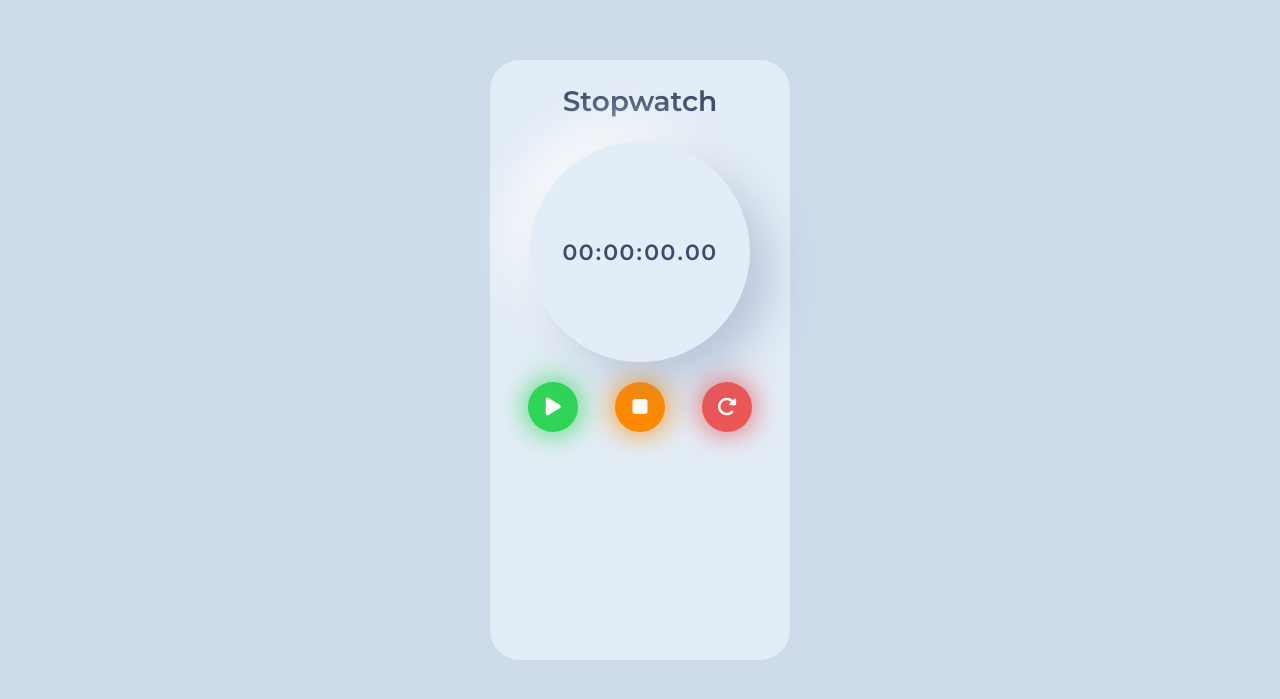
Repository: dinhtri123/stopwatch
Page: index.html
An editor plug-in stored every save of this project. The page is shown before and after the next save, followed by the edit.
The browser window is 1280 px wide. The pictures show the whole page.

Above is the page before, as saved 2023-01-05 15:47:11.

### index.html
<!DOCTYPE html>
<html lang="en">
  <head>
    <meta charset="UTF-8" />
    <meta http-equiv="X-UA-Compatible" content="IE=edge" />
    <meta name="viewport" content="width=device-width, initial-scale=1.0" />
    <link
      rel="stylesheet"
      href="https://cdnjs.cloudflare.com/ajax/libs/font-awesome/6.2.1/css/all.min.css"
    />
    <title>Stop Watch</title>
    <link rel="stylesheet" href="style.css" />
  </head>
  <body>
    <div class="wrapper">
      <h3>Stopwatch</h3>
      <div class="timer">
        <div class="effects"></div>
        <p class="hours">00</p>
        <span>:</span>
        <p class="minutes">00</p>
        <span>:</span>
        <p class="seconds">00</p>
        <span>.</span>
        <p class="milis">00</p>
      </div>
      <div class="btn">
        <button class="btn-start">
          <i class="fa-solid fa-play start"></i>
        </button>
        <button class="btn-stop" disabled>
          <i class="fa-solid fa-stop stop"></i>
        </button>
        <button class="btn-reset">
          <i class="fa-solid fa-rotate-right reset"></i>
        </button>
      </div>
      <div class="history">
        <!-- <div class="lap">
          <div class="number-lap">
            <p>1</p>
            <span>Lap</span>
          </div>
          <div class="timer-lap">
            <p>01</p>
            <span>:</span>
            <p>00</p>
            <span>:</span>
            <p>00</p>
          </div>
        </div> -->
      </div>
    </div>
  </body>
  <script src="index.js"></script>
</html>

### style.css
@import url("https://fonts.googleapis.com/css2?family=Montserrat:wght@400;500;600;700&display=swap");
* {
  margin: 0;
  padding: 0;
  box-sizing: border-box;
  font-family: "Montserrat", sans-serif;
}
body {
  width: 100%;
  min-height: 100vh;
  height: 100%;
  font-size: 16px;
  line-height: 1.5;
  font-weight: 400;
  background-color: #cddbeb;
  display: flex;
  justify-content: center;
  align-items: center;
}
.wrapper {
  width: 300px;
  height: 600px;
  border-radius: 30px;
  background: #e3edf7;
  padding: 20px;
  display: flex;
  flex-direction: column;
  justify-content: flex-start;
  align-items: center;
  gap: 20px;
}
h3 {
  font-size: 28px;
  color: #3c4c6b;
  text-align: center;
  font-weight: 600;
  height: 42px;
}
.timer {
  background-color: #e3edf7;
  width: 220px;
  height: 220px;
  border-radius: 50%;
  display: flex;
  justify-content: center;
  align-items: center;
  gap: 3px;
  box-shadow: 20px 20px 45px #6a80a85d, -20px -20px 45px #fbfbfbd9;
  font-size: 22px;
  font-weight: 600;
  color: #3c4c6b;
  letter-spacing: 1.5px;
  position: relative;
}
.timer > p {
  width: 28px;
  display: flex;
  justify-content: center;
  align-items: center;
}
.effects {
  position: absolute;
  inset: 0;
  width: 220px;
  height: 220px;
  border-radius: 50%;
  border-top: 3px solid #6a80a899;
  border-right: 3px solid transparent;
  animation: during 1s linear infinite;
  display: none;
}
.effects:before {
  content: "";
  position: absolute;
  top: 29px;
  right: 22px;
  width: 10px;
  height: 10px;
  border-radius: 50%;
  background-color: #3c4c6bb7;
  box-shadow: 0px 0px 10px #3c4c6b;
}
@keyframes during {
  to {
    transform: rotate(360deg);
  }
}

.btn {
  width: 100%;
  display: flex;
  justify-content: space-around;
}
button {
  background-color: #e3edf7;
  border: none;
  outline: none;
  border-radius: 50%;
  width: 50px;
  height: 50px;
  font-weight: 700;
  color: #3c4c6b;
  cursor: pointer;
  font-size: 20px;
  display: flex;
  justify-content: center;
  align-items: center;
  color: white;
}
.btn-start {
  background: #30d457;
  /* box-shadow: 5px 5px 10px #30d4569d, -5px -5px 10px #fbfbfb; */
  box-shadow: 0px 0px 30px #30d456fd;
}
.btn-stop {
  background: #ff8900;
  /* box-shadow: 5px 5px 10px #ff8900, -5px -5px 10px #fbfbfb; */
  box-shadow: 0px 0px 30px #ff8900;
  cursor: not-allowed;
}
.btn-reset {
  background-color: #eb5757;
  /* box-shadow: 5px 5px 10px #eb5757, -5px -5px 10px #fbfbfb; */

  box-shadow: 0px 0px 30px #eb5757;
}

.history {
  width: 100%;
  display: flex;
  flex-direction: column;
  gap: 10px;
}
.lap {
  width: 100%;
  height: 50px;
  background-color: #e3edf7;
  border-radius: 10px;
  box-shadow: 5px 5px 10px #6a80a81e, -5px -5px 10px #fbfbfb;
  display: flex;
  justify-content: space-between;
  align-items: center;
  padding: 10px 15px;
}
.number-lap {
  display: flex;
  align-items: center;
  gap: 10px;
}
.number-lap > p {
  font-size: 18px;
  font-weight: 700;
  color: #3c4c6b;
}
.number-lap > span {
  font-weight: 500;
  color: #8c9bb2;
}
.timer-lap {
  display: flex;
  gap: 2px;
  color: #3c4c6b;
  font-weight: 700;
  letter-spacing: 1.5;
}

.btn-disabled {
  cursor: not-allowed;
}
.btn-enabled {
  cursor: pointer;
}

### index.js
const btnStart = document.querySelector(".btn-start");
const btnStop = document.querySelector(".btn-stop");
const btnReset = document.querySelector(".btn-reset");

const miliseconds = document.querySelector(".milis");
const seconds = document.querySelector(".seconds");
const minutes = document.querySelector(".minutes");
const hours = document.querySelector(".hours");

const iconStart = document.querySelector(".start");
const iconStop = document.querySelector(".stop");
const iconReset = document.querySelector(".reset");

const effects = document.querySelector(".effects");

const history = document.querySelector(".history");

let interval;
let milis = 0;
let sec = 0;
let min = 0;
let hrs = 0;

btnStart.addEventListener("click", function () {
  effects.style.display = "block";
  effects.style.animationPlayState = "running";

  interval = setInterval(() => {
    milis++;
    let timerMilis = milis < 10 ? "0" + milis : milis;
    miliseconds.textContent = timerMilis > 99 ? (milis = "0" + 0) : timerMilis;
    if (timerMilis === 100) {
      sec++;
      let timer = sec < 10 ? "0" + sec : sec;
      seconds.textContent = timer > 59 ? (sec = "0" + 0) : timer;
      if (timer === 60) {
        min++;
        let timerMin = min < 10 ? "0" + min : min;
        if (min === 60) {
          hrs++;
          hours.textContent = hrs < 10 ? "0" + hrs : hrs;
        }
        minutes.textContent = timerMin > 59 ? (min = "0" + 0) : timerMin;
      }
    }
  }, 10);

  if (iconStart.className.includes("fa-play")) {
    iconStart.className = iconStart.className.replace("fa-play", "fa-pause");
    this.disabled = true;
    this.classList.add("btn-disabled");
    btnStop.classList.add("btn-enabled");
    btnStop.disabled = false;
  } else {
    iconStart.className = iconStart.className.replace("fa-pause", "fa-play");
  }
});

btnStop.addEventListener("click", function () {
  effects.style.animationPlayState = "paused";
  btnStart.disabled = false;
  btnStart.classList.remove("btn-disabled");
  this.disabled = true;
  this.classList.remove("btn-enabled");
  iconStart.className = iconStart.className.replace("fa-pause", "fa-play");
  clearInterval(interval);
});
let index = 1;
btnReset.addEventListener("click", function () {
  let storeValues = [hrs, min, sec, milis];
  effects.style.display = "none";
  miliseconds.textContent = "00";
  seconds.textContent = "00";
  minutes.textContent = "00";
  hours.textContent = "00";
  btnStart.disabled = false;
  btnStart.classList.remove("btn-disabled");
  btnStop.disabled = true;
  btnStop.classList.remove("btn-enabled");
  iconStart.className = iconStart.className.replace("fa-pause", "fa-play");
  clearInterval(interval);
  milis = 0;
  sec = 0;
  min = 0;
  hrs = 0;

  const template = `<div class="lap">
  <div class="number-lap">
    <p>${index++}</p>
    <span>Lap</span>
  </div>
  <div class="timer-lap">
    <p>${storeValues[0] < 10 ? "0" + storeValues[0] : storeValues[0]}</p>
    <span>:</span>
    <p>${storeValues[1] < 10 ? "0" + storeValues[1] : storeValues[1]}</p>
    <span>:</span>
    <p>${storeValues[2] < 10 ? "0" + storeValues[2] : storeValues[2]}</p>
    <span>.</span>
    <p>${storeValues[3] < 10 ? "0" + storeValues[3] : storeValues[3]}</p>
  </div>
</div>`;
  console.log(index);
  history.insertAdjacentHTML("afterbegin", template);
});

After the next save:
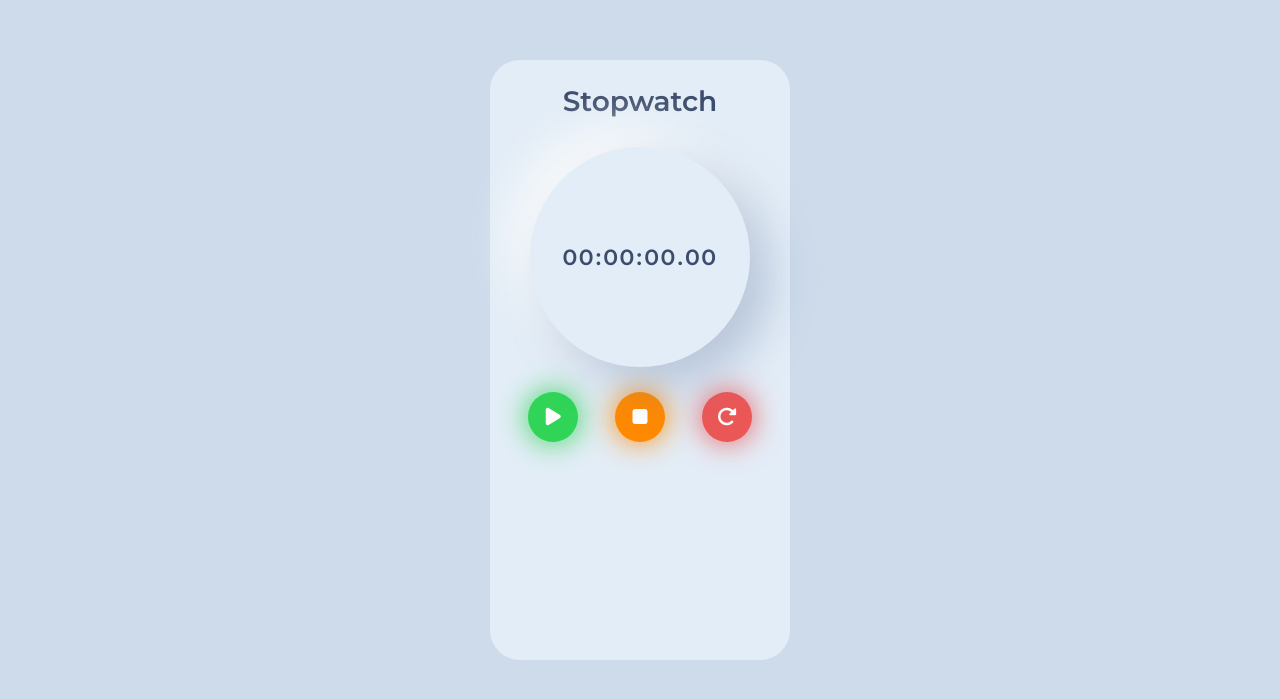
Saved 6 s later.
--- a/style.css
+++ b/style.css
@@ -27,7 +27,7 @@ body {
   flex-direction: column;
   justify-content: flex-start;
   align-items: center;
-  gap: 20px;
+  gap: 25px;
 }
 h3 {
   font-size: 28px;
